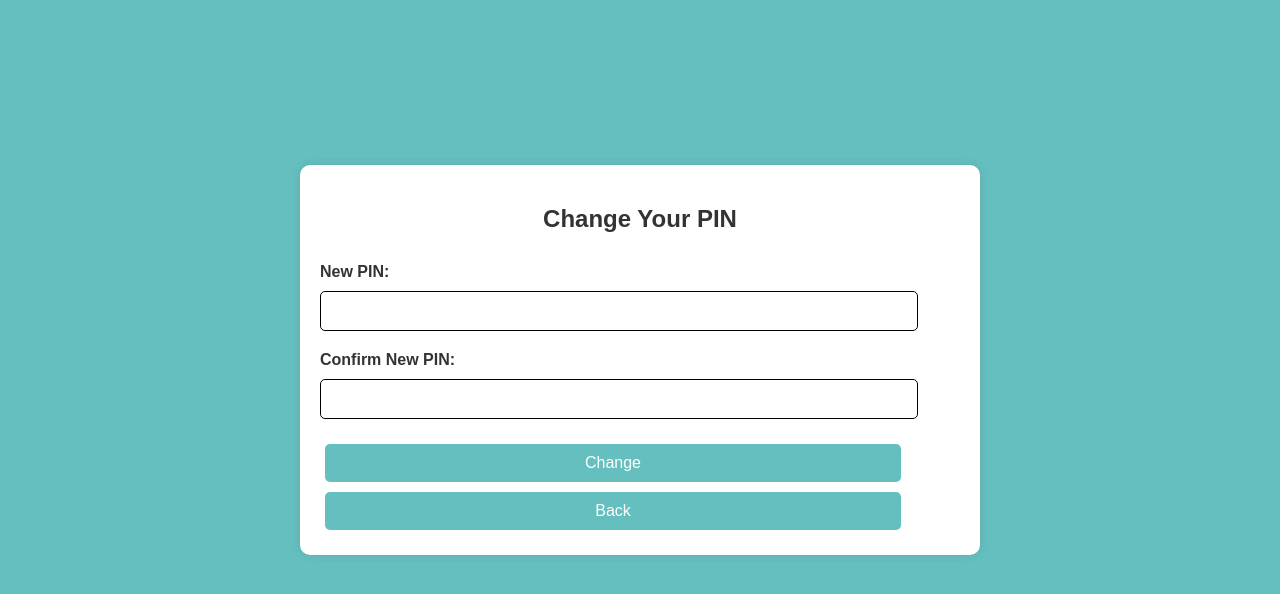
Repository: gauravraj08/bankingSystemJspServlet
Page: http://localhost/BankMangementSystem/pin.jsp
An editor plug-in stored every save of this project. The page is shown before and after the next save, followed by the edit.
The browser window is 1280 px wide. The pictures show the whole page.
The page is served by Tomcat 9.

Above is the page before, as saved 2024-04-19 06:31:20.

After the next save:
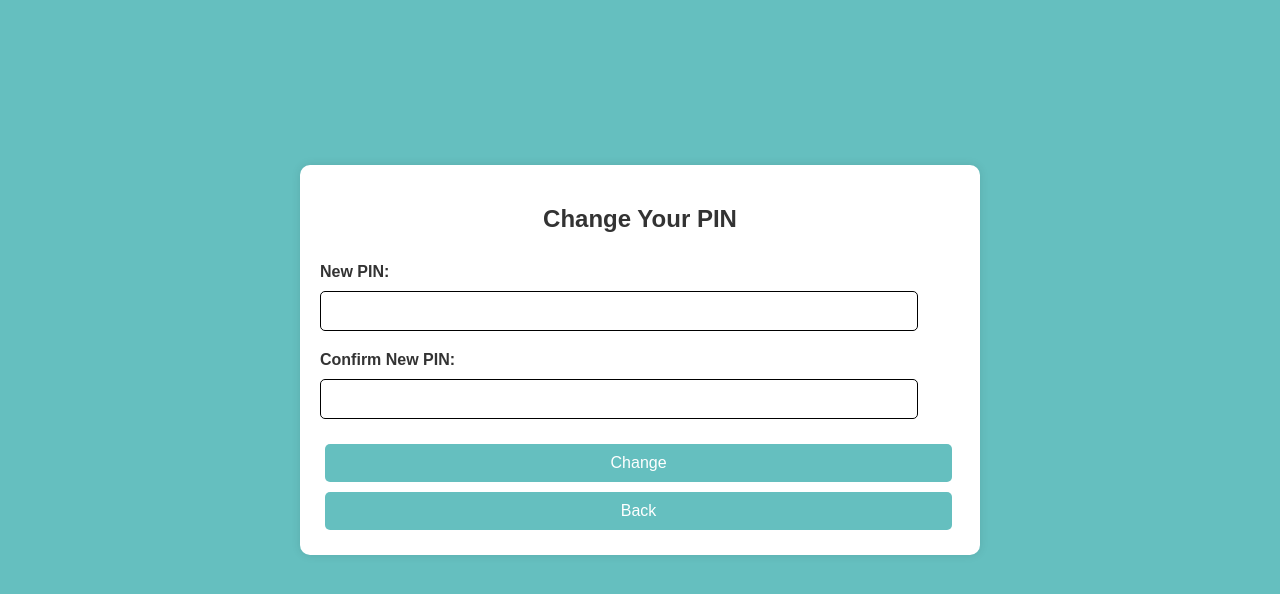
Saved 13 s later.
--- a/BankMangementSystem/src/main/webapp/pin.jsp
+++ b/BankMangementSystem/src/main/webapp/pin.jsp
@@ -49,7 +49,7 @@
         }
 
         button {
-            width: 90%;
+            width: 98%;
             padding: 10px;
             border: none;
             margin:5px;
